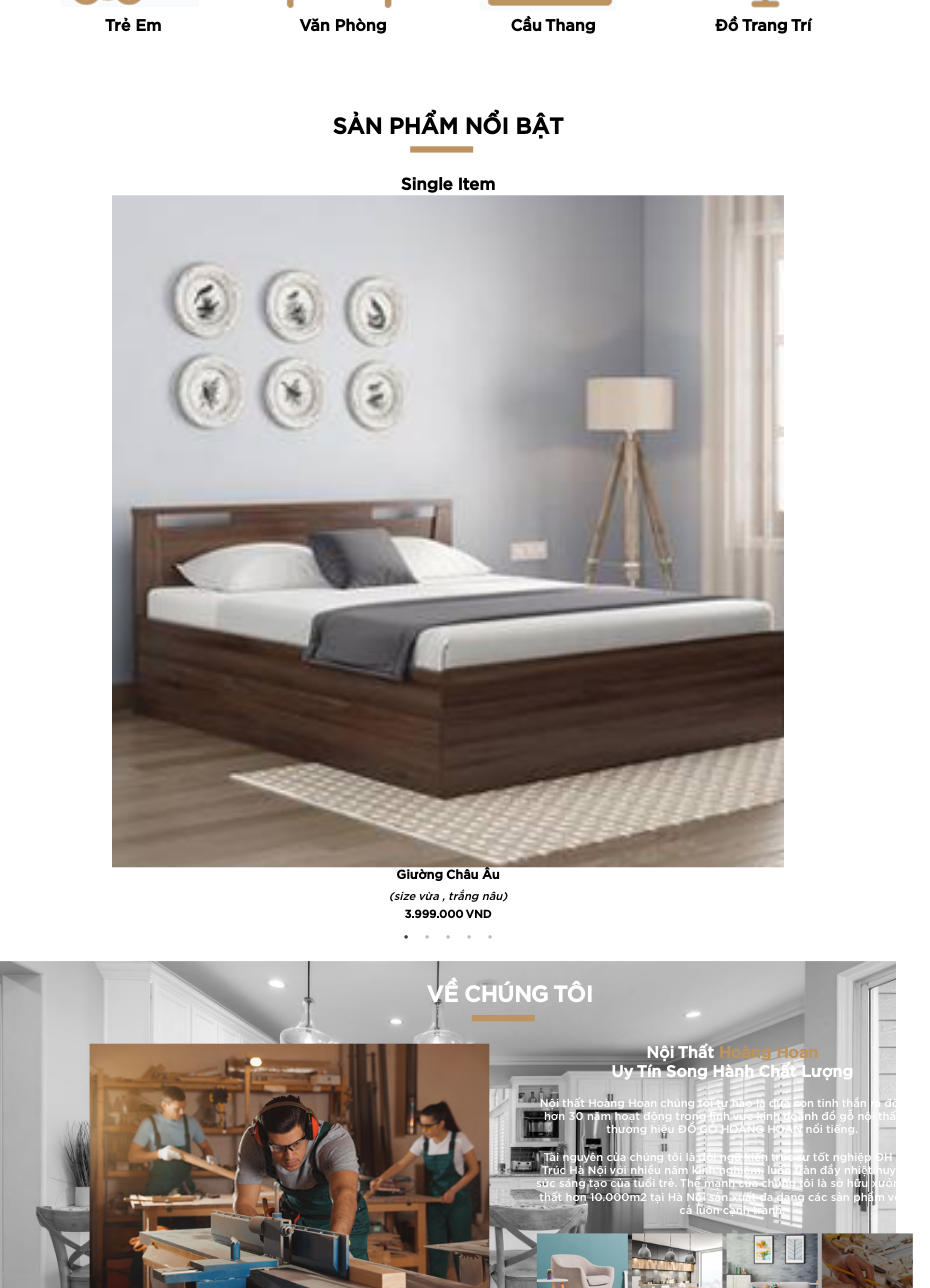
Repository: LDDUNG2003/prj_2
Page: /
An editor plug-in stored every save of this project. The page is shown before and after a run of saves, followed by the edit.
The browser window is 1280 px wide. The page is 1328 px wide, so the pictures cover 1328 px, including what lies to the right of the window. The pictures show the part of the page from y = 1030 to 2870 px (the page is 4234 px tall before and 3485 px after), at 70% of full size.
The project was rebuilt for these pictures with package versions that can differ from the ones it lists, and the page was loaded fresh each time. Also part of the build but not shown: src/layouts/header/index.js, src/layouts/footer/index.js, src/layouts/defaultLayout/index.js.

Above is the page before, as saved 2023-09-15 15:34:42.

### public/index.html
<!doctype html>
<html lang="en">
  <head>
    <meta charset="utf-8">
    <meta name="viewport" content="width=device-width, initial-scale=1">
    <link rel="shortcut icon" href="./img/logo.png">
    <link rel="preconnect" href="https://fonts.googleapis.com">
<link rel="preconnect" href="https://fonts.gstatic.com" crossorigin>
<link href="https://fonts.googleapis.com/css2?family=Roboto:ital,wght@0,100;0,300;0,400;0,500;1,100;1,400;1,500;1,700;1,900&display=swap" rel="stylesheet">
    <title>React App</title>
  </head>
  <body>
    <div id="root"></div>
    <!--
      This HTML file is a template.
      If you open it directly in the browser, you will see an empty page.

      You can add webfonts, meta tags, or analytics to this file.
      The build step will place the bundled scripts into the <body> tag.

      To begin the development, run `npm start`.
      To create a production bundle, use `npm run build`.
    -->
  </body>
</html>

### src/App.js
import React, { Component } from 'react';
import logo from './logo.svg';
import { BrowserRouter as Router , Routes, Route } from 'react-router-dom';
import defaultLayout from './layouts/defaultLayout';
import { publicRoute } from './routes';
import './styles/css/responsive.css';

import './App.css';

class App extends Component {
  render() {
    let Layout = defaultLayout
    return (
      <Router>
        <div className="App">
        <Routes>
        {publicRoute.map((route ,index) => {
            const Page = route.component
            return <Route key={index} path={route.path} element={<Page/>}/>
          })}
        </Routes>
        </div>
      </Router>
    );
  }
}

export default App;

### src/routes/index.js
import Home from '../pages/home'

const publicRoute = [
    {path: '/',component: Home}
]

export  {publicRoute}

### src/styles/css/responsive.css
@media (min-width:767px) {
    #mobileMenu {
        display: none;
    }
}

@media (max-width: 767px) {
    #mobileMenu {
        display: block;
    }
    .logo--block {
        width: 100%;
        display: flex;
        align-items: center;
        justify-content: space-between;
    }
    .navBar {
        display: block;
        height: auto;
    }
    .menu-mobile {
        width: 40px;
        height: 40px;
        padding: 10px;
        border: 0px;
        background-color: var(--primary-color);
    }
    .navBar__list {
        display: none;
        width: 100%;
    }
    .navBar__list-item {
        padding: 4px;
        border-bottom: 2px solid #ccc;
    }
    .content__focut {
        position: static;
    }
    .focut--item {
        width: 50%;
    }
    .content__banner {
        width: 100%;
    }
    .banner--content {
        display: none;
    }
    .slick-prev:before,
    .slick-next:before {
        display: none;
    }
    .about--background {
        display: none;
    }
    .about__us-bag {
        position: static;
    }
    .about--block {
        display: block;
    }
    .about--content {
        width: 100%;
        color: var(--text-color);
    }
    .about--content img {
        width: 100%;
    }
    .content--title {
        color: var(--text-color);
    }
    .news--contain {
        display: block;
    }
    .mobile-display {
        display: none;
    }
    .news--contain--item {
        width: 100%;
    }
    .news--list-item {
        width: 100%;
        overflow: hidden;
    }
    .news--list-item img {
        height: 100%;
    }
    .partner--list {
        flex-wrap: wrap;
    }
    .partner--item {
        width: 50%;
    }
    .content--contact {
        display: none;
    }
    .footer__lable {
        display: block;
    }
    .footer--list {
        width: 100%;
        padding: 10px 0px;
    }
    .footer--list-item {
        width: 100%;
        padding: 5px 0px;
    }
    /* news responsive */
    .news--content-list {
        margin: 0px 20px;
    }
    .news--content-item {
        width: 100%;
    }
    .featured--list {
        width: 100%;
        margin: 10px;
        flex-wrap: wrap;
    }
    .featured--item {
        width: 100%;
    }
}

### src/styles/css/base.css
* {
    padding: 0px;
    margin: 0px;
    font-family: "Gotham-Medium";
}

:root {
    --primary-color: #bd945f;
    --text-color: #222222;
}


/* font setting */

@font-face {
    font-family: "Gotham-Medium";
    src: url(../front/Gotham-Medium.otf);
}

@font-face {
    font-family: "Gotham-Thin";
    src: url(../front/Gotham-Thin.otf);
}

@font-face {
    font-family: "Gotham-Ultra";
    src: url(../front/Gotham-Ultra.otf);
}

.main {
    width: 100%;
}

.header {
    padding: 10px 0px;
    margin: auto;
    width: 100%;
    max-width: 1200px;
}

.navBar {
    display: flex;
    width: 100%;
    justify-content: space-between;
}

.logo {
    height: 80px;
}

.navBar__list {
    display: flex;
    list-style: none;
    align-items: center;
}

.navBar__list-item {
    margin: 0 10px;
}

.navBar__list--link {
    text-transform: uppercase;
    font-size: 16px;
    color: var(--text-color);
    text-decoration: none;
}

.featured--content {}

.featured-name {
    font-size: 18px;
    text-transform: capitalize;
}

.evaluate--list {
    list-style: none;
    display: flex;
    justify-content: center;
}

.evaluate--list li {
    padding: 5px;
    margin: 0;
}

.note-product {}

.content--title {
    font-size: 32px;
    padding: 50px 0px;
    text-align: center;
    position: relative;
    text-transform: uppercase;
}

.content--title::before {
    content: '';
    background-color: var(--primary-color);
    width: 90px;
    height: 9px;
    position: absolute;
    top: 70%;
    right: 47%;
}

.content__featured {
    width: 100%;
    max-width: 1200px;
    margin: auto;
    padding-bottom: 30px;
}

.featured--list {
    width: 100%;
    list-style: none;
    display: flex;
    text-align: center;
}

.featured--item {}

.featured--img {
    width: 80%;
    margin: auto;
}

.price-product {
    padding: 7px 0px;
    font-weight: 800;
    font-size: 16px;
}

.slick-prev:before,
.slick-next:before {
    color: var(--primary-color);
    width: 15px;
}

.footer {
    background-color: black;
}

.footer__lable {
    max-width: 1200px;
    margin: auto;
    display: flex;
    width: 100%;
    justify-content: space-around;
    color: #fff;
    justify-content: space-between;
}

.footer--list {
    list-style: none;
    width: 32%;
}

.footer--list-item {
    font-size: 16px;
    padding-top: 8px;
    text-transform: capitalize;
    font-family: initial;
}

.footer--list-heading {
    font-size: 18px;
    font-weight: 300;
    text-transform: uppercase;
    position: relative;
    padding-bottom: 0px;
    font-family: 'Gotham-Medium';
}

.footer--list-heading::after {
    content: '';
    background-color: var(--primary-color);
    width: 110px;
    padding-top: 6px;
    position: absolute;
    left: 0px;
    bottom: -8px;
}

.footer--inheri {
    text-transform: uppercase;
    font-weight: 600;
    font-size: 18px;
}

.footer--list-contact {
    display: flex;
    list-style: none;
}

.fooder--list-contact-item {
    width: 16px;
    padding: 5px;
}

### src/pages/home/setProductSlick/index.js
import "slick-carousel/slick/slick.css";
import "slick-carousel/slick/slick-theme.css";
import React, { Component } from "react";
import Slider from "react-slick";

export default class SimpleSlider extends Component {
  render() {
    const settings = {
      dots: true,
      infinite: true,
      speed: 500,
      slidesToShow: 1,
      slidesToScroll: 1
    };
    return (
      <div>
        <h2> Single Item</h2>
        <Slider {...settings}>
        <li className="featured--item">
            <img src="./img/featured/giuong-ngu.png" alt className="featured--img" />
            <div className="featured--content">
              <h5 className="featured-name">Giường Châu Âu</h5>
              <ul className="evaluate--list">
                <li><i className="fa-solid fa-star" style={{color: '#eff312'}} /></li>
                <li><i className="fa-solid fa-star" style={{color: '#eff312'}} /></li>
                <li><i className="fa-solid fa-star" style={{color: '#eff312'}} /></li>
                <li><i className="fa-solid fa-star" style={{color: '#eff312'}} /></li>
                <li><i className="fa-solid fa-star" style={{color: '#eff312'}} /></li>
              </ul>
              <i className="note-product">(size vừa , trắng nâu)</i>
              <p className="price-product">3.999.000 VND</p>
            </div>
          </li>
          <li className="featured--item">
            <img src="./img/featured/giuong-ngu.png" alt className="featured--img" />
            <div className="featured--content">
              <h5 className="featured-name">Giường Châu Âu</h5>
              <ul className="evaluate--list">
                <li><i className="fa-solid fa-star" style={{color: '#eff312'}} /></li>
                <li><i className="fa-solid fa-star" style={{color: '#eff312'}} /></li>
                <li><i className="fa-solid fa-star" style={{color: '#eff312'}} /></li>
                <li><i className="fa-solid fa-star" style={{color: '#eff312'}} /></li>
                <li><i className="fa-solid fa-star" style={{color: '#eff312'}} /></li>
              </ul>
              <i className="note-product">(size vừa , trắng nâu)</i>
              <p className="price-product">3.999.000 VND</p>
            </div>
          </li>
          <li className="featured--item">
            <img src="./img/featured/giuong-ngu.png" alt className="featured--img" />
            <div className="featured--content">
              <h5 className="featured-name">Giường Châu Âu</h5>
              <ul className="evaluate--list">
                <li><i className="fa-solid fa-star" style={{color: '#eff312'}} /></li>
                <li><i className="fa-solid fa-star" style={{color: '#eff312'}} /></li>
                <li><i className="fa-solid fa-star" style={{color: '#eff312'}} /></li>
                <li><i className="fa-solid fa-star" style={{color: '#eff312'}} /></li>
                <li><i className="fa-solid fa-star" style={{color: '#eff312'}} /></li>
              </ul>
              <i className="note-product">(size vừa , trắng nâu)</i>
              <p className="price-product">3.999.000 VND</p>
            </div>
          </li>
          <li className="featured--item">
            <img src="./img/featured/giuong-ngu.png" alt className="featured--img" />
            <div className="featured--content">
              <h5 className="featured-name">Giường Châu Âu</h5>
              <ul className="evaluate--list">
                <li><i className="fa-solid fa-star" style={{color: '#eff312'}} /></li>
                <li><i className="fa-solid fa-star" style={{color: '#eff312'}} /></li>
                <li><i className="fa-solid fa-star" style={{color: '#eff312'}} /></li>
                <li><i className="fa-solid fa-star" style={{color: '#eff312'}} /></li>
                <li><i className="fa-solid fa-star" style={{color: '#eff312'}} /></li>
              </ul>
              <i className="note-product">(size vừa , trắng nâu)</i>
              <p className="price-product">3.999.000 VND</p>
            </div>
          </li>
          <li className="featured--item">
            <img src="./img/featured/giuong-ngu.png" alt className="featured--img" />
            <div className="featured--content">
              <h5 className="featured-name">Giường Châu Âu</h5>
              <ul className="evaluate--list">
                <li><i className="fa-solid fa-star" style={{color: '#eff312'}} /></li>
                <li><i className="fa-solid fa-star" style={{color: '#eff312'}} /></li>
                <li><i className="fa-solid fa-star" style={{color: '#eff312'}} /></li>
                <li><i className="fa-solid fa-star" style={{color: '#eff312'}} /></li>
                <li><i className="fa-solid fa-star" style={{color: '#eff312'}} /></li>
              </ul>
              <i className="note-product">(size vừa , trắng nâu)</i>
              <p className="price-product">3.999.000 VND</p>
            </div>
          </li>
        </Slider>
      </div>
    );
  }
}

### src/styles/css/home.css
.content {
    width: 100%;
    max-width: 1500px;
    margin: auto;
}

.content__banner {
    width: 100%;
    position: relative;
}

.content--list-image {
    width: 100%;
    max-width: 1500px;
    margin: auto;
}

.content--image {
    width: 100%;
}

.banner--content {
    position: absolute;
    top: 10%;
    left: 15%;
}

.banner--content-text-title {
    text-transform: uppercase;
    font-family: 800;
    font-family: "gotham-utral";
    font-size: 25px;
}

.banner--content-text {
    font-size: 18px;
    color: var(--text-color);
    width: 420px;
}

.banner--button {
    padding: 20px;
    color: aliceblue;
    background-color: var(--primary-color);
    border: none;
    font-family: "gotham-utral";
    font-size: 18px;
    cursor: pointer;
}

.content__focut {
    position: relative;
    background-color: #ffffff;
    top: -60px;
    max-width: 1200px;
    width: 100%;
    margin: auto;
}

.focut--list {
    margin: auto;
    display: flex;
    width: 100%;
    list-style: none;
    flex-wrap: wrap;
}

.focut--item {
    width: 25%;
    text-align: center;
}

.focut--img {
    width: 100%;
}

.focut--text {
    text-align: center;
    font-size: 23px;
}

.content__featured {
    width: 100%;
    max-width: 1200px;
    margin: auto;
    padding-bottom: 30px;
}

.featured--list {
    width: 100%;
    list-style: none;
    display: flex;
    text-align: center;
}

.featured--item {
    width: 24%;
}

.featured--img {
    width: 80%;
    margin: auto;
}

.about__us {
    width: 100%;
    max-width: 1500px;
    margin: auto;
    position: relative;
    padding: 20px 0px;
}

.about--background {
    width: 100%;
    height: 100%;
}

.about--background img {
    width: 100%;
    filter: grayscale(100%) contrast(100%);
    height: 100%;
}

.about__us-bag {
    position: absolute;
    top: 0px;
    width: 100%;
    max-width: 1200px;
    left: 10%;
    color: #ffffff;
}

.about__content {
    width: 100%;
}

.about--block {
    display: flex;
    justify-content: space-between;
}

.about--content {
    width: 47%;
}

.about--content--title {
    font-size: 23px;
}

.about--text--list {
    font-size: 16px;
    padding: 10px 0px;
}

.about--text {
    padding: 10px 0px;
}

.about--list {
    list-style: none;
    display: flex;
}

.about--item {
    width: 23%;
    padding: 3px;
}

.about--img {
    width: 100%;
}

.choose__choose {
    width: 100%;
}

.choose--list {
    list-style: none;
    display: flex;
    flex-wrap: wrap;
    justify-content: space-between;
}

.choose--item {
    align-items: center;
    margin: 5px 0px;
    width: 48%;
    display: flex;
    background-color: #ffffff;
}

.choose--content-title {
    color: var(--primary-color);
    font-size: 23px;
    text-transform: uppercase;
    font-weight: 800;
}

.choose--text {
    font-weight: 700;
    font-size: 16px;
    padding: 5px 0px;
    color: var(--text-color);
}

.news {}

.content--title {}

.news--contain {
    display: flex;
    width: 100%;
    justify-content: space-between;
}

.news--contain--item {
    width: 48%;
    position: relative;
}

.impotant--grd {
    height: 460px;
    width: 100%;
}

.news-contain-impotant {
    margin-right: 10px;
    position: absolute;
    bottom: 0;
    height: 25%;
    background-color: var(--primary-color);
    padding: 20px 10px;
    width: 97%;
}

.news--impotant-heading {
    font-size: 23px;
    text-transform: uppercase;
    color: #ffffff;
}

.news--impotant-text {
    font-size: 16px;
}

.news--list {
    list-style: none;
}

.news--list-item {
    margin: 5px 0;
    display: flex;
    height: 90px;
}

.news--item-contain {
    margin: 5px;
}

.new--itemheading {}

.news--impotant-text {
    margin: 0px;
}

.partner--contain {}

.partner--list {
    display: flex;
    list-style: none;
    flex-wrap: wrap;
    width: 100%;
    /* setup max width  */
    max-width: 1200px;
    margin: auto;
}

.partner--item {
    /* setup width calc 100/7 */
    width: calc(100% / 7);
    /* width: calc(100%/7%); */
}

.content--contact {
    width: 100%;
    margin: auto;
    max-width: 1500px;
    position: relative;
}

.contact--contain {}

.contact-bg {
    width: 100%;
}

.contact-contain {}

.contact-image {
    position: absolute;
    display: none;
}

Loaded but not shown: src/index.js (common file); src/index.css (common file); src/App.css (common file); src/pages/home/index.js (221 lines, source omitted)

After the next 2 saves:
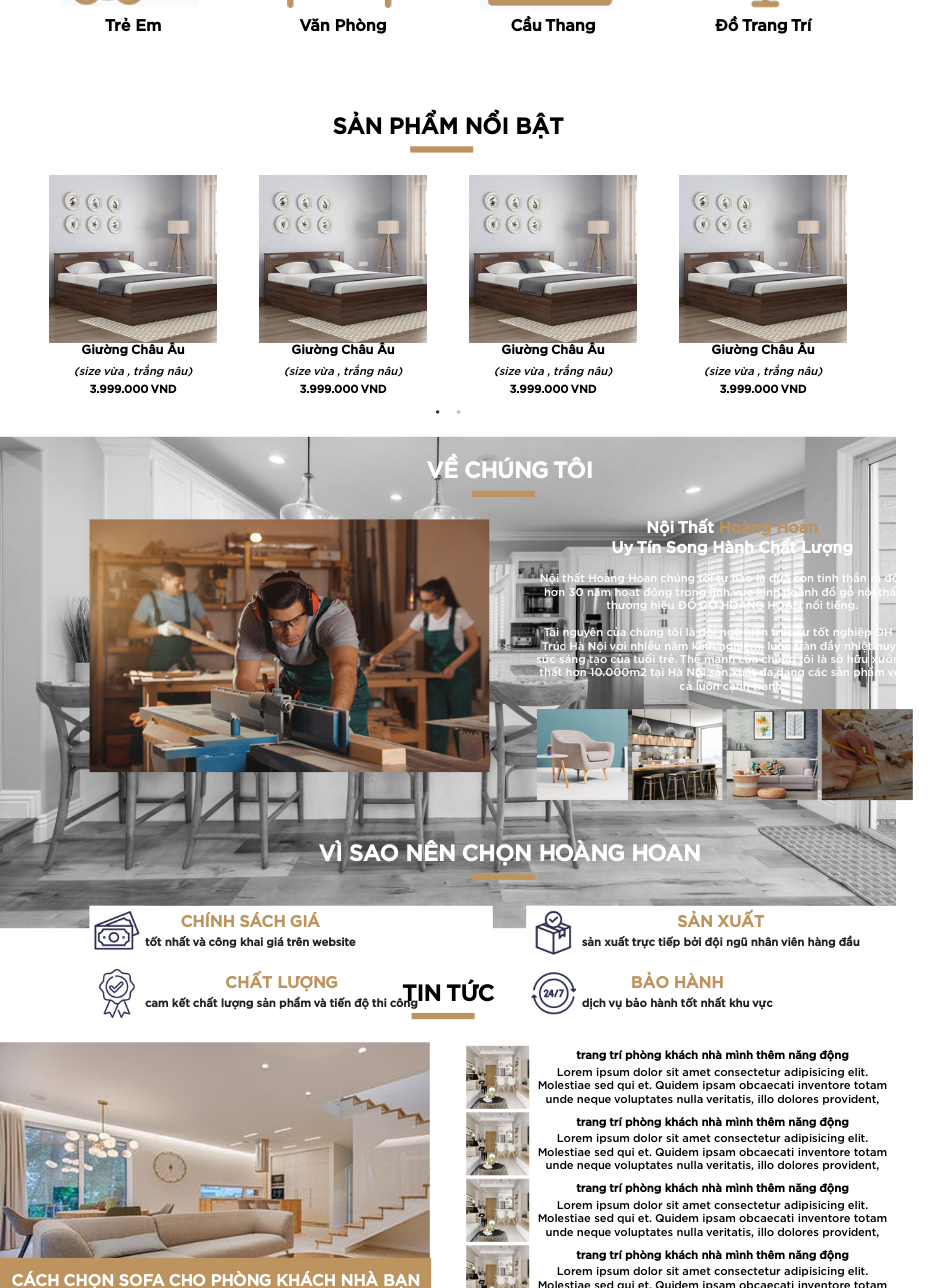
The 2 saves are shown as one change because 1 did not build or start.
The last was saved 32 s later.
--- a/src/pages/home/setProductSlick/index.js
+++ b/src/pages/home/setProductSlick/index.js
@@ -9,12 +9,12 @@
       dots: true,
       infinite: true,
       speed: 500,
-      slidesToShow: 1,
-      slidesToScroll: 1
+      slidesToShow: 4,
+      slidesToScroll: 4
     };
     return (
       <div>
-        <h2> Single Item</h2>
+        {/* <h2> Single Item</h2> */}
         <Slider {...settings}>
         <li className="featured--item">
             <img src="./img/featured/giuong-ngu.png" alt className="featured--img" />
